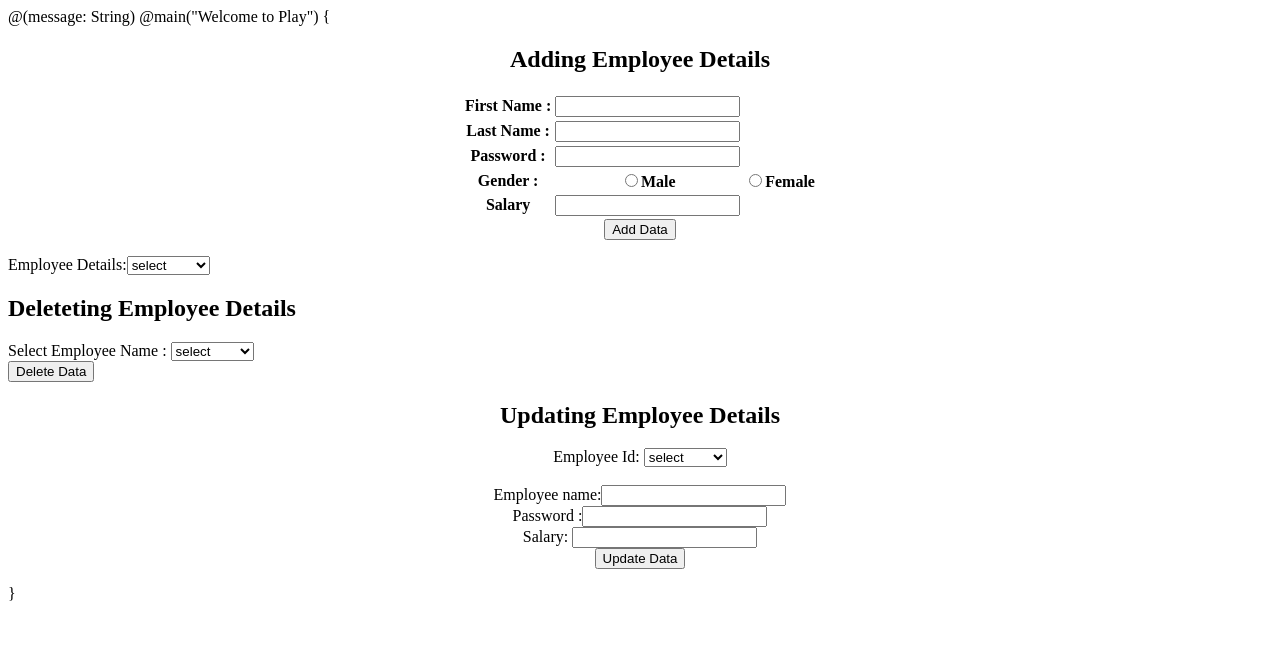
Repository: PoonamDeokar/SalesTool
Page: CrudDemo/app/views/index.scala.html
The author's editor kept a copy of each file at every save. The page is drawn from the files as they stood at one save, then again after the next save.
The browser window is 1280 px wide. The pictures show the whole page.

Above is the page before, as saved 2016-09-16 09:14:06.

After the next save:
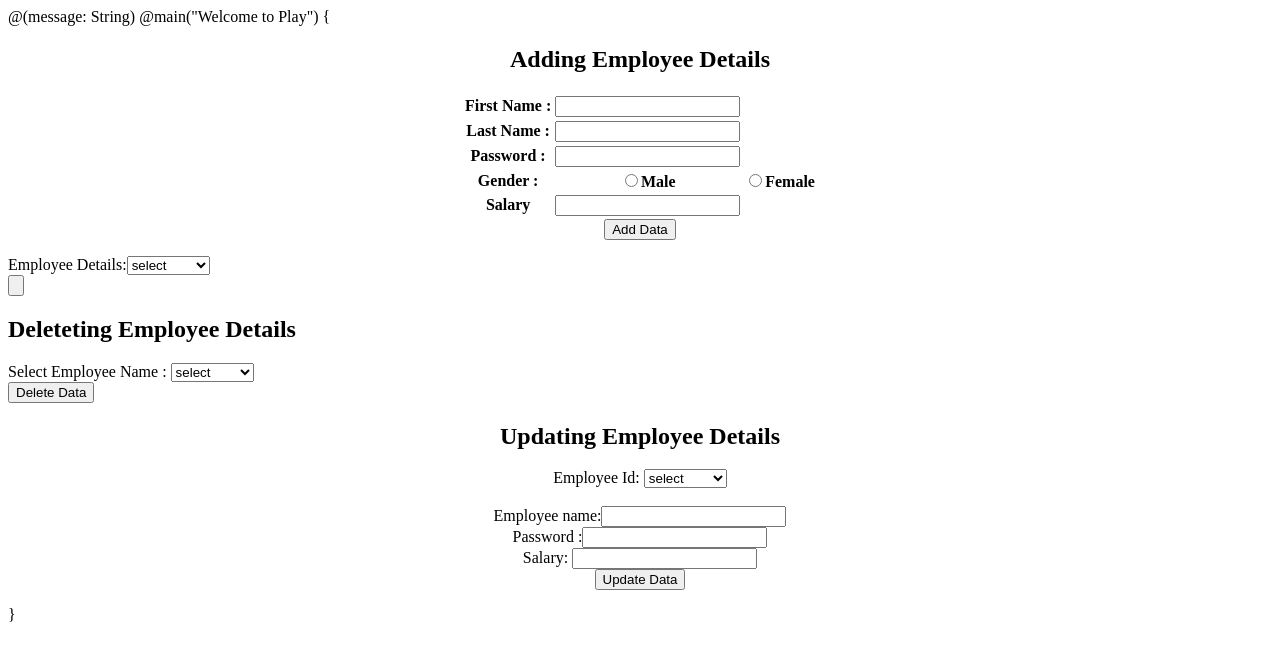
Saved 48 s later.
--- a/CrudDemo/app/views/index.scala.html
+++ b/CrudDemo/app/views/index.scala.html
@@ -44,7 +44,8 @@
     		<option value="@emp.eid">@emp.eid</option>
     	}
 
-    	</select>
+    	</select><br/>
+    	<input type="submit" value=""GetEmployee Data/>
     </left>
     </form>
 
